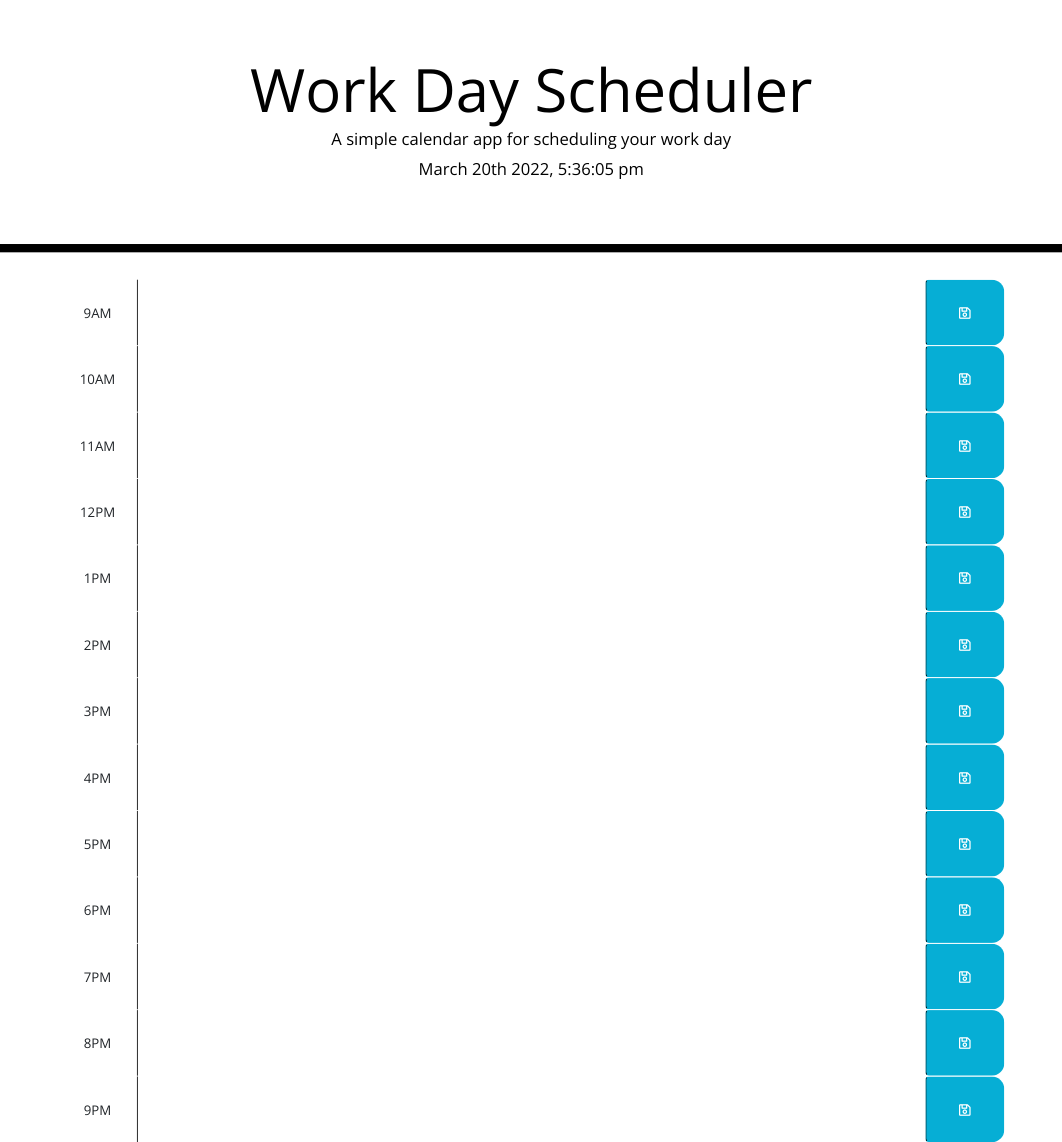
Repository: cobalt88/work-day-scheduler
Page: index.html
These files come from the project's save history. The page is drawn as it stood at one moment and after the next save; the edit follows.
The browser window is 1280 px wide. The pictures show the whole page, at 83% of full size.
Some web libraries are served in a nearby version.

Above is the page before, as saved 2022-03-26 23:05:16.

After the next save:
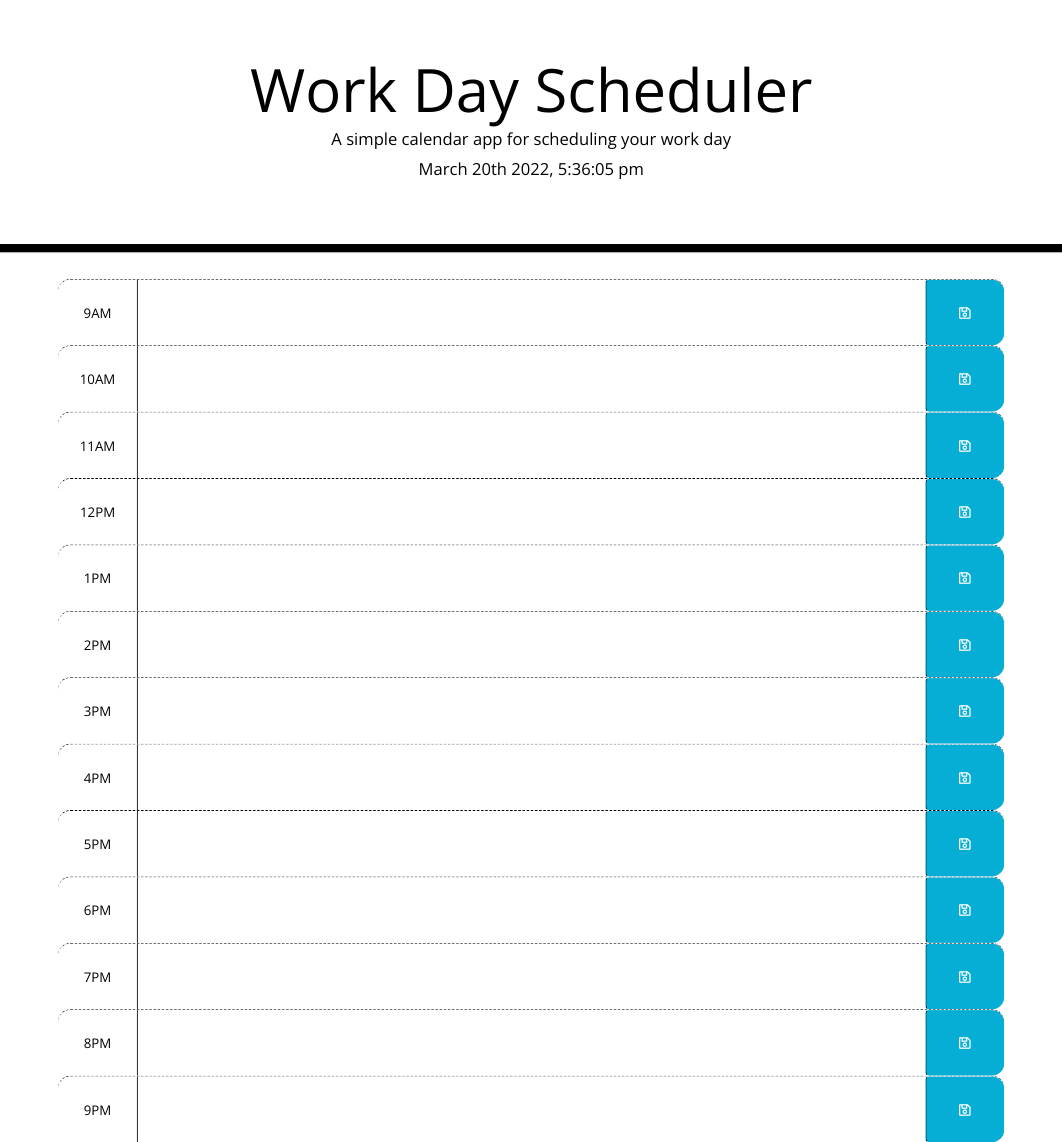
Saved 68 s later.
--- a/index.html
+++ b/index.html
@@ -31,7 +31,7 @@
     <div class="container">
       <!-- Timeblocks go here -->
 
-      <div class="row time-block" id="9">
+      <div class="row time-block hour " id="9">
         <div class="col-xl-1  col-md-1 col-2">
           9AM
         </div>
@@ -39,7 +39,7 @@
         <button class="btn saveBtn col-xl-1 col-md-1 col-2 far fa-save"></button>
       </div>
 
-      <div class="row time-block" id="10">
+      <div class="row time-block hour " id="10">
         <div class="col-xl-1 col-md-1 col-2">
           10AM
         </div>
@@ -47,7 +47,7 @@
         <button class="btn saveBtn col-xl-1 col-md-1 col-2 far fa-save"></button>
       </div>
 
-      <div class="row time-block" id="11">
+      <div class="row time-block hour " id="11">
         <div class="col-xl-1 col-md-1 col-2">
           11AM
         </div>
@@ -55,7 +55,7 @@
         <button class="btn saveBtn col-xl-1 col-md-1 col-2 far fa-save"></button>
       </div>
 
-      <div class="row time-block" id="12">
+      <div class="row time-block hour " id="12">
         <div class="col-xl-1 col-md-1 col-2">
           12PM
         </div>
@@ -63,7 +63,7 @@
         <button class="btn saveBtn col-xl-1 col-md-1 col-2 far fa-save"></button>
       </div>
 
-      <div class="row time-block" id="13">
+      <div class="row time-block hour " id="13">
         <div class="col-xl-1 col-md-1 col-2">
           1PM
         </div>
@@ -71,7 +71,7 @@
         <button class="btn saveBtn col-xl-1 col-md-1 col-2 far fa-save"></button>
       </div>
 
-      <div class="row time-block" id="14">
+      <div class="row time-block hour " id="14">
         <div class="col-xl-1 col-md-1 col-2">
           2PM
         </div>
@@ -79,7 +79,7 @@
         <button class="btn saveBtn col-xl-1 col-md-1 col-2 far fa-save"></button>
       </div>
 
-      <div class="row time-block" id="15">
+      <div class="row time-block hour " id="15">
         <div class="col-xl-1 col-md-1 col-2">
           3PM
         </div>
@@ -87,7 +87,7 @@
         <button class="btn saveBtn col-xl-1 col-md-1 col-2 far fa-save"></button>
       </div>
 
-      <div class="row time-block" id="16">
+      <div class="row time-block hour " id="16">
         <div class="col-xl-1 col-md-1 col-2">
           4PM
         </div>
@@ -95,7 +95,7 @@
         <button class="btn saveBtn col-xl-1 col-md-1 col-2 far fa-save"></button>
       </div>
 
-      <div class="row time-block" id="17">
+      <div class="row time-block hour " id="17">
         <div class="col-xl-1 col-md-1 col-2">
           5PM
         </div>
@@ -103,7 +103,7 @@
         <button class="btn saveBtn col-xl-1 col-md-1 col-2 far fa-save"></button>
       </div>
 
-      <div class="row time-block" id="18">
+      <div class="row time-block hour " id="18">
         <div class="col-xl-1 col-md-1 col-2">
           6PM
         </div>
@@ -111,7 +111,7 @@
         <button class="btn saveBtn col-xl-1 col-md-1 col-2 far fa-save"></button>
       </div>
 
-      <div class="row time-block" id="19">
+      <div class="row time-block hour " id="19">
         <div class="col-xl-1 col-md-1 col-2">
           7PM
         </div>
@@ -119,7 +119,7 @@
         <button class="btn saveBtn col-xl-1 col-md-1 col-2 far fa-save"></button>
       </div>
 
-      <div class="row time-block" id="20">
+      <div class="row time-block hour " id="20">
         <div class="col-xl-1 col-md-1 col-2">
           8PM
         </div>
@@ -127,7 +127,7 @@
         <button class="btn saveBtn col-xl-1 col-md-1 col-2 far fa-save"></button>
       </div>
 
-      <div class="row time-block" id="21">
+      <div class="row time-block hour " id="21">
         <div class="col-xl-1 col-md-1 col-2">
           9PM
         </div>
